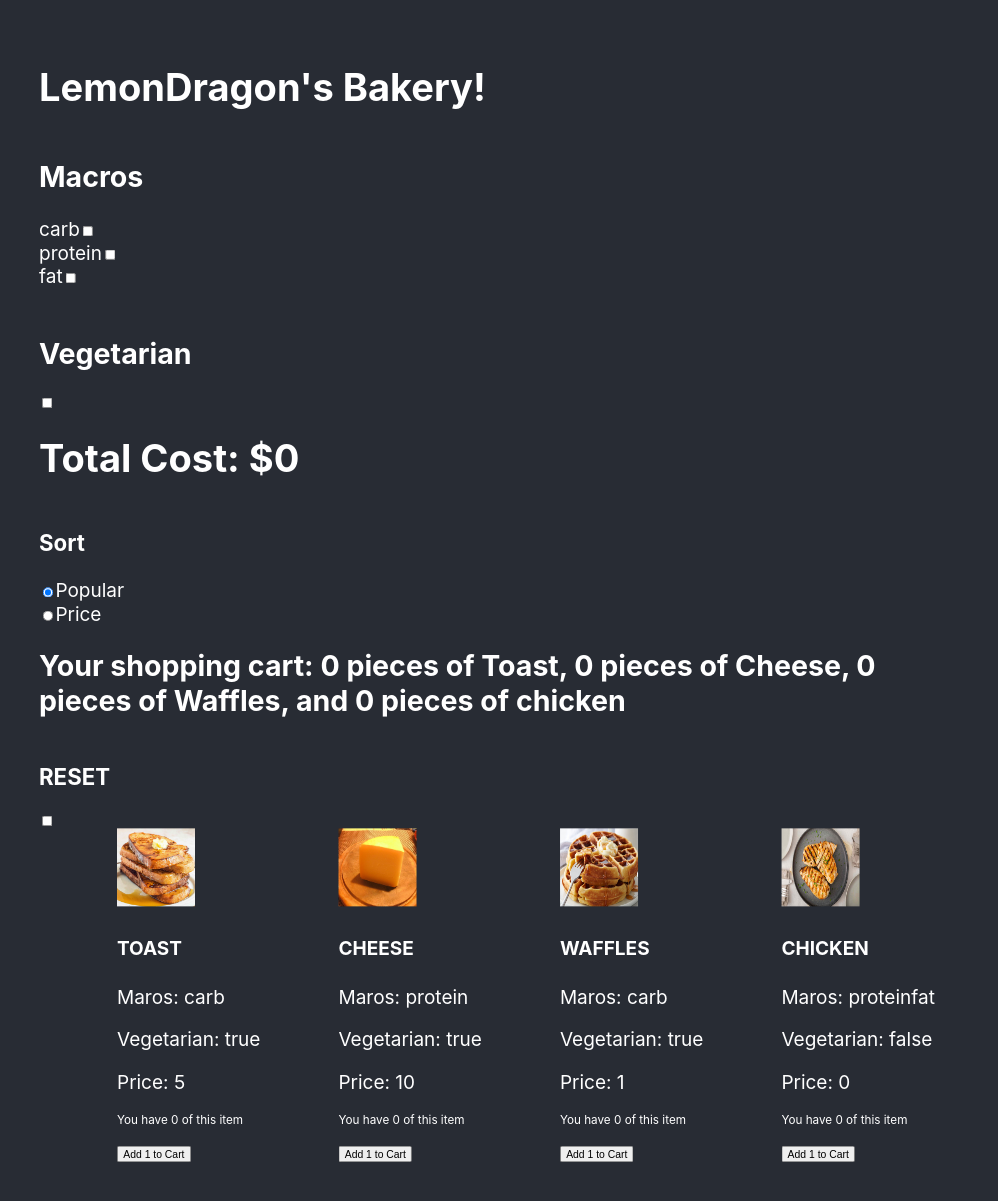
Repository: happydragon200/development
Page: /
These files come from the project's save history. The page is drawn as it stood at one moment and after the next save; the edit follows.
The browser window is 1280 px wide. The pictures show the whole page, at 78% of full size.
The project was rebuilt for these pictures with package versions that can differ from the ones it lists, and the page was loaded fresh each time.

Above is the page before, as saved 2022-12-02 06:36:05.

After the next save:
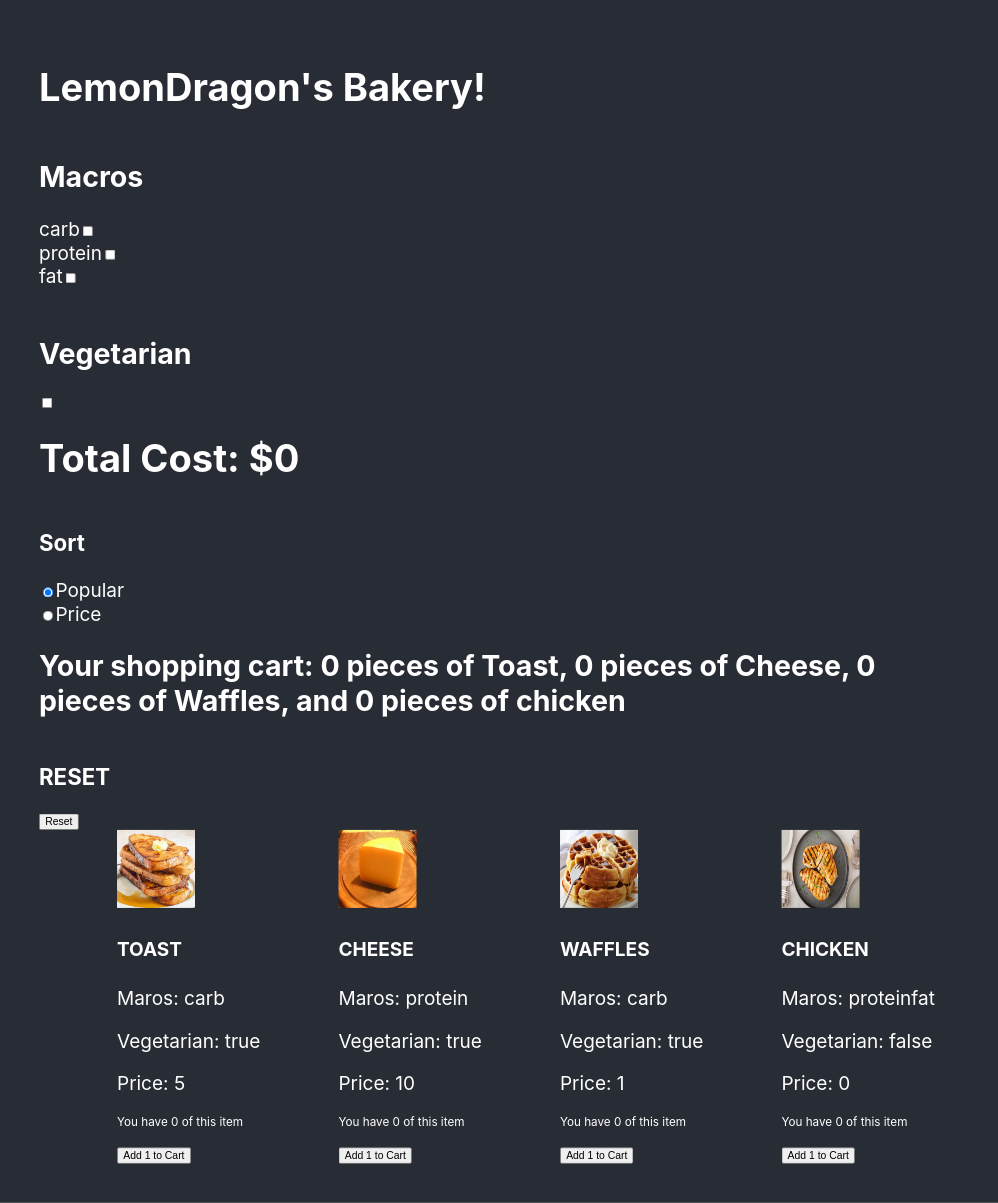
Saved 33 s later.
--- a/src/App.js
+++ b/src/App.js
@@ -63,7 +63,7 @@ function ResetButton(props) {
 
   return (
     <input
-      type="checkbox"
+      type="reset"
       id="reset"
       name="Reset"
       // value="Paneer"
